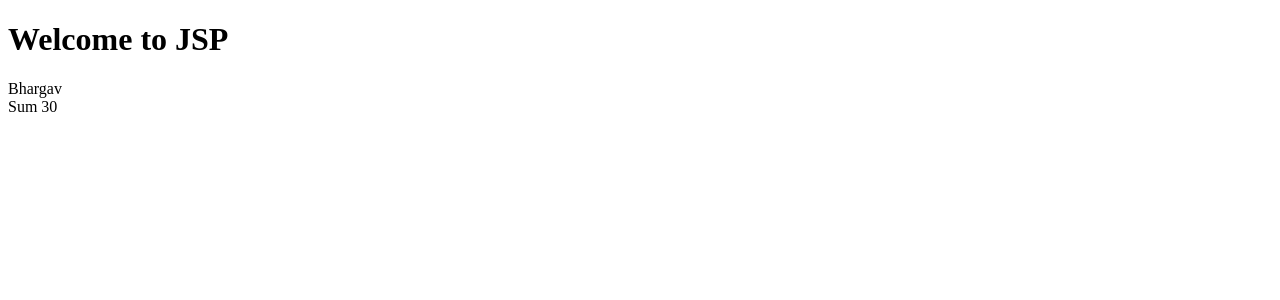
Repository: bigee1397/22-3-2024
Page: http://localhost/JSPDemos/hello.jsp
An editor plug-in stored every save of this project. The page is shown before and after the next save, followed by the edit.
The browser window is 1280 px wide. The pictures show the whole page.
The page is served by Tomcat 9.

Above is the page before, as saved 2024-03-14 11:20:18.

After the next save:
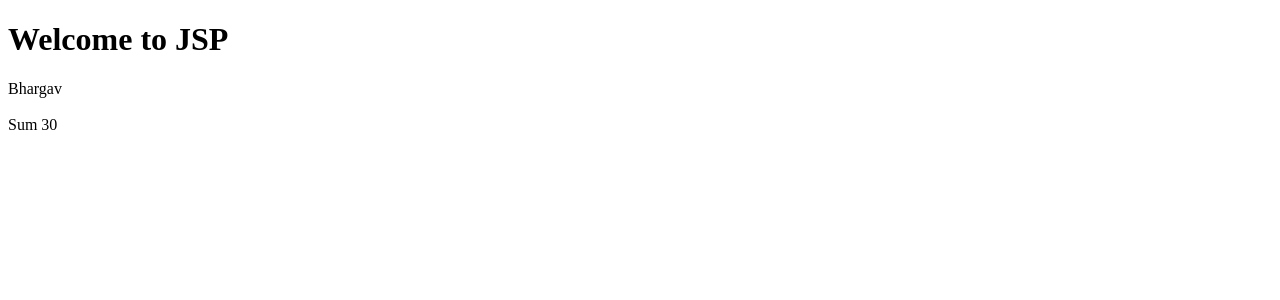
Saved 9 s later.
--- a/jspandservlets/JSPDemos/src/main/webapp/hello.jsp
+++ b/jspandservlets/JSPDemos/src/main/webapp/hello.jsp
@@ -10,7 +10,7 @@
 	<h1>Welcome to JSP</h1>
 	<%
 		String name = "Bhargav";
-		out.println(name + "<br>");
+		out.println(name + "<br><br>");
 		%>
 		<% int x=10, y=20; %>
 		<% out.println("Sum " + (x+y)); %>
